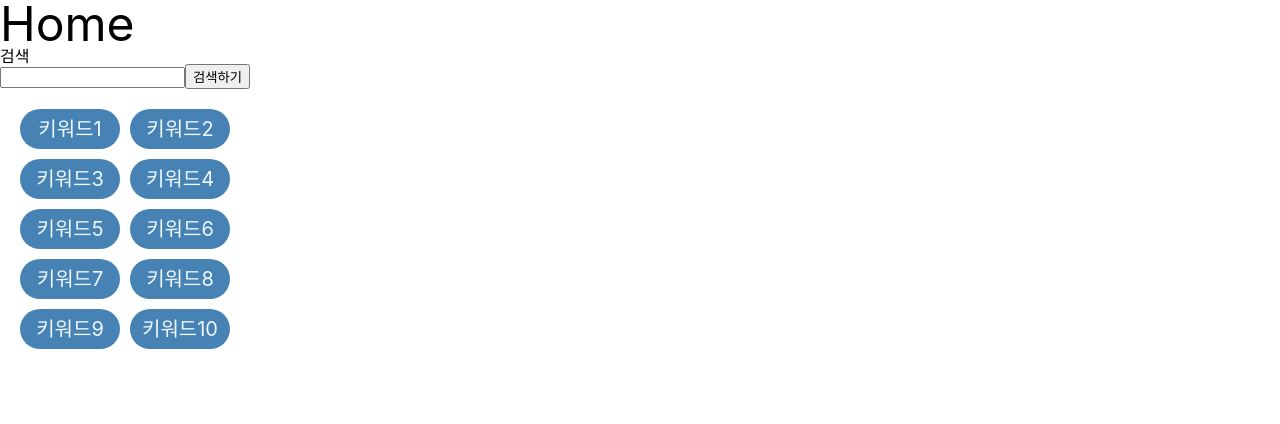
Repository: sunoo-lee/Star-Explore
Page: /
The author's editor kept a copy of each file at every save. The page is drawn from the files as they stood at one save, then again after the next save.
The browser window is 1280 px wide. The pictures show the whole page.
The project was rebuilt for these pictures with package versions that can differ from the ones it lists, and the page was loaded fresh each time.

Above is the page before, as saved 2022-10-14 03:41:29.

### src/index.js
import React from "react";
import ReactDOM from "react-dom/client";
import "./reset.css";
import "./Style.css";
import App from "./components/App";
// import reportWebVitals from "./reportWebVitals";

const root = ReactDOM.createRoot(document.getElementById("root"));
root.render(
  <React.StrictMode>
    <App />
  </React.StrictMode>
);

// reportWebVitals();

### src/Style.css
body {
  margin: 0;
  font-family: -apple-system, BlinkMacSystemFont, "Segoe UI", "Roboto", "Oxygen",
    "Ubuntu", "Cantarell", "Fira Sans", "Droid Sans", "Helvetica Neue",
    sans-serif;
  -webkit-font-smoothing: antialiased;
  -moz-osx-font-smoothing: grayscale;
}

code {
  font-family: source-code-pro, Menlo, Monaco, Consolas, "Courier New",
    monospace;
}

h1 {
  font-size: 3rem;
}
.keyword {
  padding: 20px;
}
.keyword ul {
  display: grid;
  grid-template-columns: 100px 100px;
  gap: 10px;
}
.keyword ul li {
  cursor: pointer;
}
.keyword ul li span {
  display: inline-block;
  font-size: 20px;
  width: 100px;
  height: 40px;
  line-height: 40px;
  text-align: center;
  background-color: lightskyblue;
  border-radius: 25px;
}

.keyword ul li .off {
  background-color: steelblue;
  color: aliceblue;
}

### src/components/App.js
import AppRouter from "./Router";

function App() {
  return (
    <>
      <AppRouter />
    </>
  );
}

export default App;

### src/components/Router.js
import { HashRouter as Router, Route, Routes } from "react-router-dom";
import Home from "../routes/Home";

const AppRouter = () => {
  return (
    <Router>
      <Routes>
        <Route exact path="/" element={<Home />} />
      </Routes>
    </Router>
  );
};

export default AppRouter;

### src/routes/Home.js
import React, { useState } from "react";

const Home = () => {
  const [select, setSelect] = useState([]);
  const onClick = (event) => {
    const keyword_btn = event.target;
    keyword_btn.className === "off"
      ? (keyword_btn.className = "on")
      : (keyword_btn.className = "off");
    console.log(keyword_btn);
  };
  return (
    <div>
      <h1>Home</h1>
      <div className="nav">
        <form>
          <div>검색</div>
          <input type="text" />
          <button>검색하기</button>
        </form>
        <div className="keyword">
          <ul>
            <li>
              <span className="off" onClick={onClick}>
                키워드1
              </span>
            </li>
            <li>
              <span className="off" onClick={onClick}>
                키워드2
              </span>
            </li>
            <li>
              <span className="off" onClick={onClick}>
                키워드3
              </span>
            </li>
            <li>
              <span className="off" onClick={onClick}>
                키워드4
              </span>
            </li>
            <li>
              <span className="off" onClick={onClick}>
                키워드5
              </span>
            </li>
            <li>
              <span className="off" onClick={onClick}>
                키워드6
              </span>
            </li>
            <li>
              <span className="off" onClick={onClick}>
                키워드7
              </span>
            </li>
            <li>
              <span className="off" onClick={onClick}>
                키워드8
              </span>
            </li>
            <li>
              <span className="off" onClick={onClick}>
                키워드9
              </span>
            </li>
            <li>
              <span className="off" onClick={onClick}>
                키워드10
              </span>
            </li>
          </ul>
        </div>
      </div>
    </div>
  );
};

export default Home;

Loaded but not shown: public/index.html (common file); src/reset.css (common file)

After the next save:
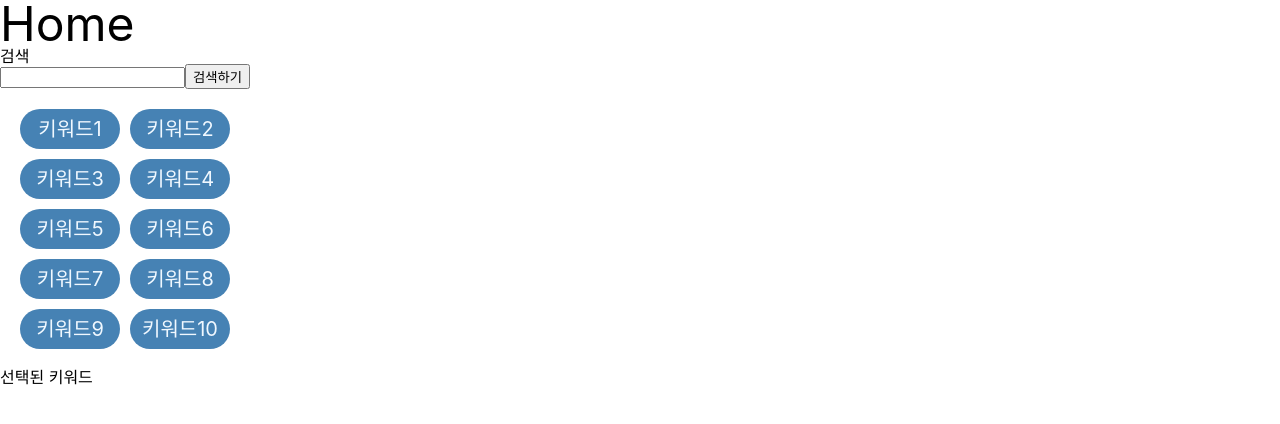
Saved 46 s later.
--- a/src/routes/Home.js
+++ b/src/routes/Home.js
@@ -72,6 +72,7 @@ const Home = () => {
             </li>
           </ul>
         </div>
+        선택된 키워드
       </div>
     </div>
   );
